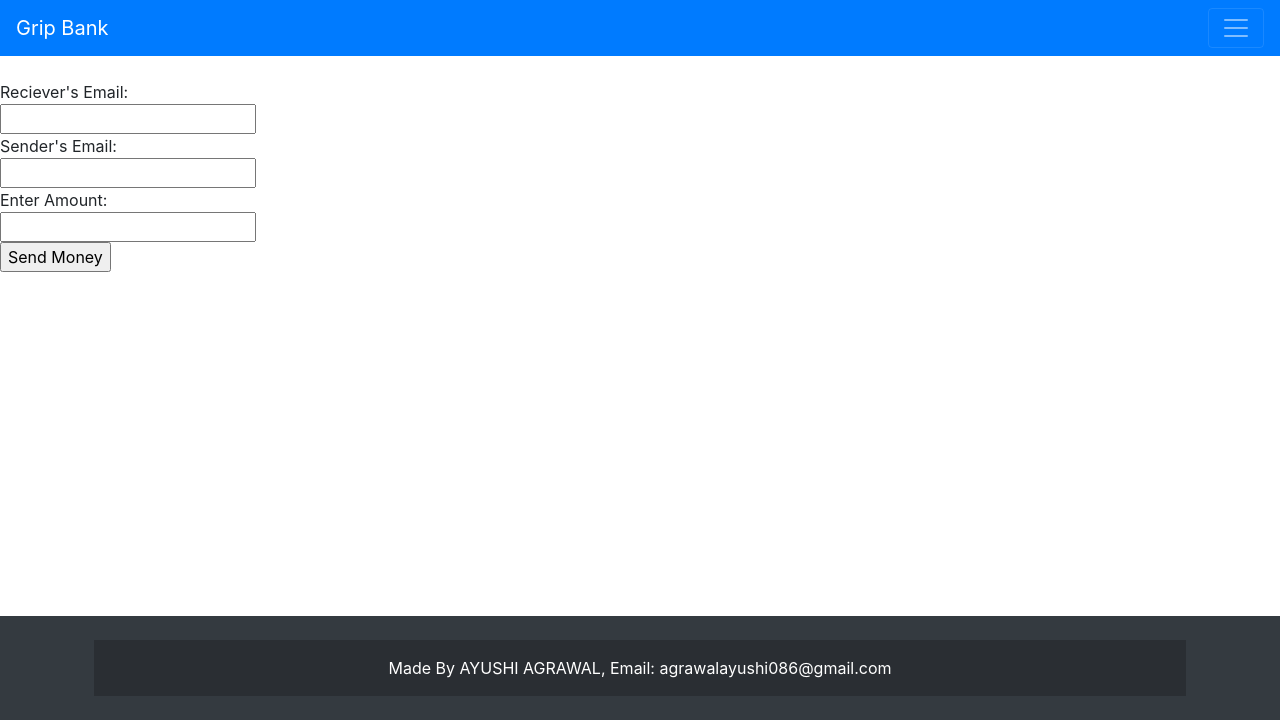
Repository: ayushiagrawal083/BasicBankingSystem
Page: Bank/WebContent/sendmoney.html
These files come from the project's save history. The page is drawn as it stood at one moment and after the next save; the edit follows.
The browser window is 1280 px wide. The pictures show the whole page.

Above is the page before, as saved 2022-10-21 11:08:50.
Console error: TypeError: Cannot read properties of undefined (reading 'fn')

### Bank/WebContent/sendmoney.html
<!DOCTYPE html>
<html>
<head>
	<meta http-equiv="Content-type" content="text/html" charset="utf-8"/>
	<link rel="stylesheet" href="https://stackpath.bootstrapcdn.com/bootstrap/4.3.1/css/bootstrap.min.css" integrity="sha384-ggOyR0iXCbMQv3Xipma34MD+dH/1fQ784/j6cY/iJTQUOhcWr7x9JvoRxT2MZw1T" crossorigin="anonymous">
<link rel="stylesheet"  href="style.css" type="text/css" media="screen"/>
<script src="https://stackpath.bootstrapcdn.com/bootstrap/4.3.1/js/bootstrap.min.js" integrity="sha384-JjSmVgyd0p3pXB1rRibZUAYoIIy6OrQ6VrjIEaFf/nJGzIxFDsf4x0xIM+B07jRM" crossorigin="anonymous"></script>
	<title>Welcome To Bank</title>
</head>
<body>

<nav class="navbar navbar-dark bg-primary">
  <a class="navbar-brand" href="index.html">Grip Bank</a>
  <button class="navbar-toggler" type="button" data-toggle="collapse" data-target="#navbarSupportedContent" aria-controls="navbarSupportedContent" aria-expanded="false" aria-label="Toggle navigation">
    <span class="navbar-toggler-icon"></span>
  </button>

  <div class="collapse navbar-collapse" id="navbarSupportedContent">
    <ul class="navbar-nav mr-auto">
      <li class="nav-item">
        <a class="nav-link" href="index.html">Home</a>
      </li>
       <li class="nav-item">
        <a class="nav-link" href="allUsers.jsp">View All Customers</a>
      </li>
       <li class="nav-item">
        <a class="nav-link" href="transactiontable.jsp">Transaction History</a>
      </li>
      <li class="nav-item">
        <a class="nav-link" href="sendmoney.html">Send Money</a>
      </li>
       <li class="nav-item">
        <a class="nav-link" href="newuser.html">New User</a>
      </li>

  </div>
</nav>
<br />
<form action="money.jsp" method="post">
Reciever's Email:<br /><input type="email" name="email1" /><br />
Sender's Email:<br /><input type="email" name="email" /><br />
Enter Amount:<br /><input type="number" name="money" /><br />
<input type="submit" value="Send Money"/>

</form><br />
<footer class="bg-dark text-center text-white footer">

  <div class="container p-4 pb-0">




  <div class="text-center p-3" style="background-color: rgba(0, 0, 0, 0.2);"> Made By AYUSHI AGRAWAL,  Email: agrawalayushi086@gmail.com

  </div>

</footer>
<script src="https://code.jquery.com/jquery-3.3.1.slim.min.js" integrity="sha384-q8i/X+965DzO0rT7abK41JStQIAqVgRVzpbzo5smXKp4YfRvH+8abtTE1Pi6jizo" crossorigin="anonymous"></script>
<script src="https://cdnjs.cloudflare.com/ajax/libs/popper.js/1.14.7/umd/popper.min.js" integrity="sha384-UO2eT0CpHqdSJQ6hJty5KVphtPhzWj9WO1clHTMGa3JDZwrnQq4sF86dIHNDz0W1" crossorigin="anonymous"></script>
<script src="https://stackpath.bootstrapcdn.com/bootstrap/4.3.1/js/bootstrap.min.js" integrity="sha384-JjSmVgyd0p3pXB1rRibZUAYoIIy6OrQ6VrjIEaFf/nJGzIxFDsf4x0xIM+B07jRM" crossorigin="anonymous"></script>
</body>
</html>

### Bank/WebContent/style.css

.footer {
  position: fixed;
  left: 0;
  bottom: 0;
  width: 100%;
  text-align: center;
}

After the next save:
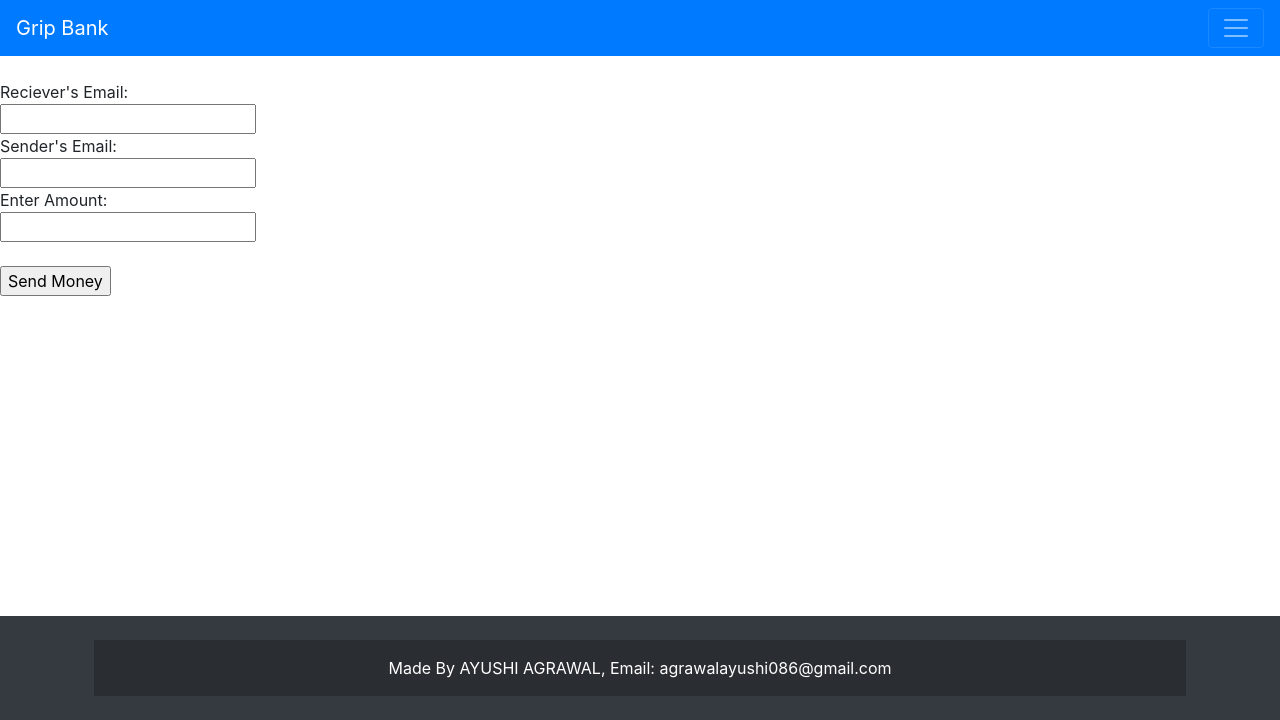
Saved 23 s later.
--- a/Bank/WebContent/sendmoney.html
+++ b/Bank/WebContent/sendmoney.html
@@ -40,7 +40,7 @@
 Reciever's Email:<br /><input type="email" name="email1" /><br />
 Sender's Email:<br /><input type="email" name="email" /><br />
 Enter Amount:<br /><input type="number" name="money" /><br />
-<input type="submit" value="Send Money"/>
+<br /><input type="submit" value="Send Money"/>
 
 </form><br />
 <footer class="bg-dark text-center text-white footer">
